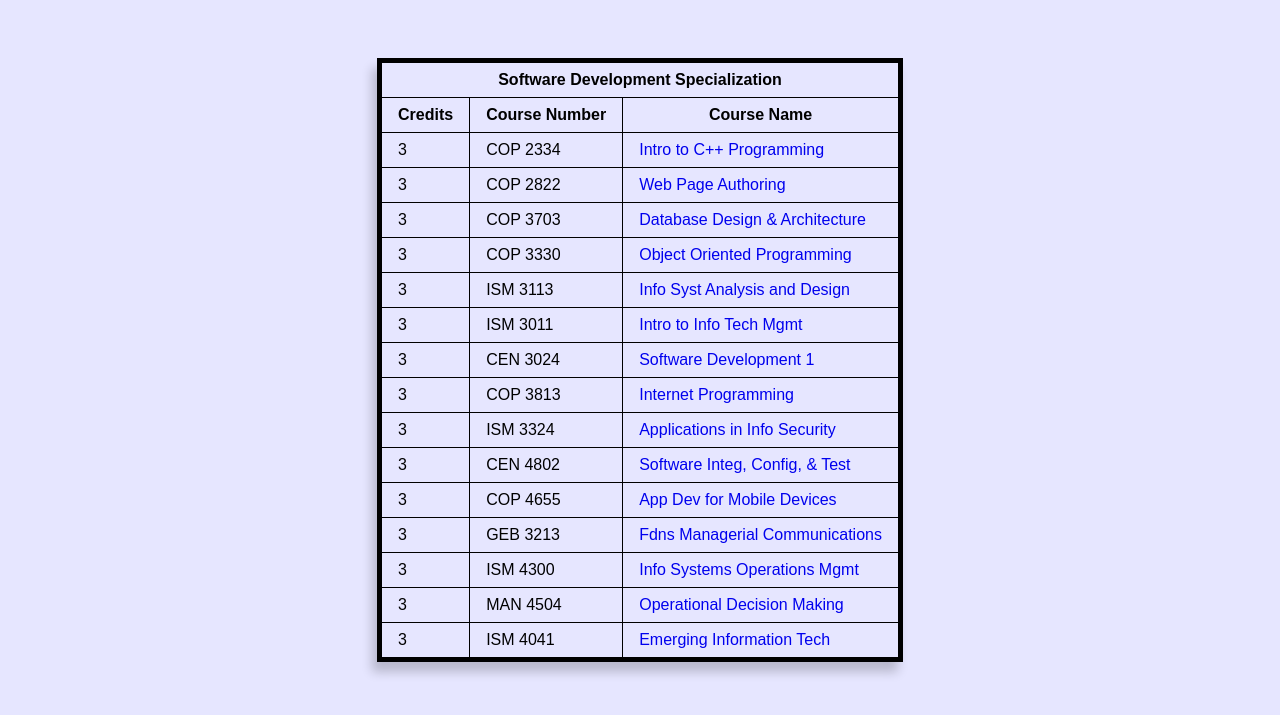
Repository: mlmEFSC21/P5-DegreeTableStyling
Page: FormattedProgramSpecialization3.html
These files come from the project's save history. The page is drawn as it stood at one moment and after the next save; the edit follows.
The browser window is 1280 px wide. The pictures show the whole page.
Some web fonts or font styles are not loaded; a fallback is used.

Above is the page before, as saved 2022-02-07 15:43:33.

### FormattedProgramSpecialization3.html
<!DOCTYPE html>
<html lang="en">
    <head>
        <meta charset="UTF-8" />
        <meta http-equiv="X-UA-Compatible" content="IE=edge" />
        <meta name="viewport" content="width=device-width, initial-scale=1.0" />
        <link rel="stylesheet" href="tableStyles.css" />
        <title>Degree Specialization Table</title>
    </head>
    <body>
        <table>
            <thead>
                <tr class="tableTitle">
                    <th colspan="3">Software Development Specialization</th>
                </tr>
                <tr class="colTitles">
                    <th>Credits</th>
                    <th>Course Number</th>
                    <th>Course Name</th>
                </tr>
            </thead>
            <tbody>
                <tr>
                    <td>3</td>
                    <td>COP 2334</td>
                    <td>
                        <a
                            href="https://bannerweb.easternflorida.edu/prod/bwckctlg.p_disp_course_detail?cat_term_in=202210&subj_code_in=COP&crse_numb_in=2334"
                            >Intro to C++ Programming</a
                        >
                    </td>
                </tr>
                <tr>
                    <td>3</td>
                    <td>COP 2822</td>
                    <td>
                        <a
                            href="https://bannerweb.easternflorida.edu/prod/bwckctlg.p_disp_course_detail?cat_term_in=202210&subj_code_in=COP&crse_numb_in=2822"
                            >Web Page Authoring</a
                        >
                    </td>
                </tr>
                <tr>
                    <td>3</td>
                    <td>COP 3703</td>
                    <td>
                        <a
                            href="https://bannerweb.easternflorida.edu/prod/bwckctlg.p_disp_course_detail?cat_term_in=202210&subj_code_in=COP&crse_numb_in=3703"
                            >Database Design & Architecture</a
                        >
                    </td>
                </tr>
                <tr>
                    <td>3</td>
                    <td>COP 3330</td>
                    <td>
                        <a
                            href="https://bannerweb.easternflorida.edu/prod/bwckctlg.p_disp_course_detail?cat_term_in=202210&subj_code_in=COP&crse_numb_in=3330"
                            >Object Oriented Programming</a
                        >
                    </td>
                </tr>
                <tr>
                    <td>3</td>
                    <td>ISM 3113</td>
                    <td>
                        <a
                            href="https://bannerweb.easternflorida.edu/prod/bwckctlg.p_disp_course_detail?cat_term_in=202210&subj_code_in=ISM&crse_numb_in=3113"
                            >Info Syst Analysis and Design</a
                        >
                    </td>
                </tr>
                <tr>
                    <td>3</td>
                    <td>ISM 3011</td>
                    <td>
                        <a
                            href="https://bannerweb.easternflorida.edu/prod/bwckctlg.p_disp_course_detail?cat_term_in=202210&subj_code_in=ISM&crse_numb_in=3011"
                            >Intro to Info Tech Mgmt</a
                        >
                    </td>
                </tr>
                <tr>
                    <td>3</td>
                    <td>CEN 3024</td>
                    <td>
                        <a
                            href="https://bannerweb.easternflorida.edu/prod/bwckctlg.p_disp_course_detail?cat_term_in=202210&subj_code_in=CEN&crse_numb_in=3024"
                            >Software Development 1</a
                        >
                    </td>
                </tr>
                <tr>
                    <td>3</td>
                    <td>COP 3813</td>
                    <td>
                        <a
                            href="https://bannerweb.easternflorida.edu/prod/bwckctlg.p_disp_course_detail?cat_term_in=202210&subj_code_in=COP&crse_numb_in=3813"
                            >Internet Programming</a
                        >
                    </td>
                </tr>
                <tr>
                    <td>3</td>
                    <td>ISM 3324</td>
                    <td>
                        <a
                            href="https://bannerweb.easternflorida.edu/prod/bwckctlg.p_disp_course_detail?cat_term_in=202210&subj_code_in=ISM&crse_numb_in=3324"
                            >Applications in Info Security</a
                        >
                    </td>
                </tr>
                <tr>
                    <td>3</td>
                    <td>CEN 4802</td>
                    <td>
                        <a
                            href="https://bannerweb.easternflorida.edu/prod/bwckctlg.p_disp_course_detail?cat_term_in=202210&subj_code_in=CEN&crse_numb_in=4802"
                            >Software Integ, Config, & Test</a
                        >
                    </td>
                </tr>
                <tr>
                    <td>3</td>
                    <td>COP 4655</td>
                    <td>
                        <a
                            href="https://bannerweb.easternflorida.edu/prod/bwckctlg.p_disp_course_detail?cat_term_in=202210&subj_code_in=COP&crse_numb_in=4655"
                            >App Dev for Mobile Devices</a
                        >
                    </td>
                </tr>
                <tr>
                    <td>3</td>
                    <td>GEB 3213</td>
                    <td>
                        <a
                            href="https://bannerweb.easternflorida.edu/prod/bwckctlg.p_disp_course_detail?cat_term_in=202210&subj_code_in=GEB&crse_numb_in=3213"
                            >Fdns Managerial Communications</a
                        >
                    </td>
                </tr>
                <tr>
                    <td>3</td>
                    <td>ISM 4300</td>
                    <td>
                        <a
                            href="https://bannerweb.easternflorida.edu/prod/bwckctlg.p_disp_course_detail?cat_term_in=202210&subj_code_in=ISM&crse_numb_in=4300"
                            >Info Systems Operations Mgmt</a
                        >
                    </td>
                </tr>
                <tr>
                    <td>3</td>
                    <td>MAN 4504</td>
                    <td>
                        <a
                            href="https://bannerweb.easternflorida.edu/prod/bwckctlg.p_disp_course_detail?cat_term_in=202210&subj_code_in=MAN&crse_numb_in=4504"
                            >Operational Decision Making</a
                        >
                    </td>
                </tr>
                <tr>
                    <td>3</td>
                    <td>ISM 4041</td>
                    <td>
                        <a
                            href="https://bannerweb.easternflorida.edu/prod/bwckctlg.p_disp_course_detail?cat_term_in=202210&subj_code_in=ISM&crse_numb_in=4041"
                            >Emerging Information Tech</a
                        >
                    </td>
                </tr>
            </tbody>
        </table>
    </body>
</html>

### tableStyles.css
@import url("https://fonts.googleapis.com/css2?family=Spectral:wght@400&display=swap");

:root {
    --clr-prime: #003c5e;
    --clr-second: #1a2028;
    --clr-accent: #8fb500;
    --clr-font-prime: #5b8ead;
    --clr-font-second: black;
    --clr-background: #e6e6ff;
}
*,
*::before,
*::after {
    margin: 0;
    padding: 0;
    box-sizing: border-box;
}
body {
    font-family: Spectral, sans-serif;
    height: 100vh;
    display: grid;
    align-items: center;
    justify-content: center;
    background-color: var(--clr-background);
}
table {
    border-collapse: collapse;
    box-shadow: -5px 10px 10px rgba(0, 0, 0, 0.2);
    border: 5px solid black;
    padding: 0.25rem;
}
/* thead {
    letter-spacing: 0.15rem;
    font-size: 0.85rem;
    font-weight: 900;
} */
thead:first-child {
    font-size: 50;
    font-weight: bold;
    text-align: center;
}
th {
    border: 1px solid black;
    padding: 0.5rem 1rem;
}
td {
    border: 1px solid black;
    padding: 0.5rem 1rem;
    font-size: 12pt;
    /* align-items: left;
    justify-content: center; */
}
a {
    text-decoration: none;
}
a:hover {
    color: var(--clr-prime);
    text-decoration: underline;
}

After the next save:
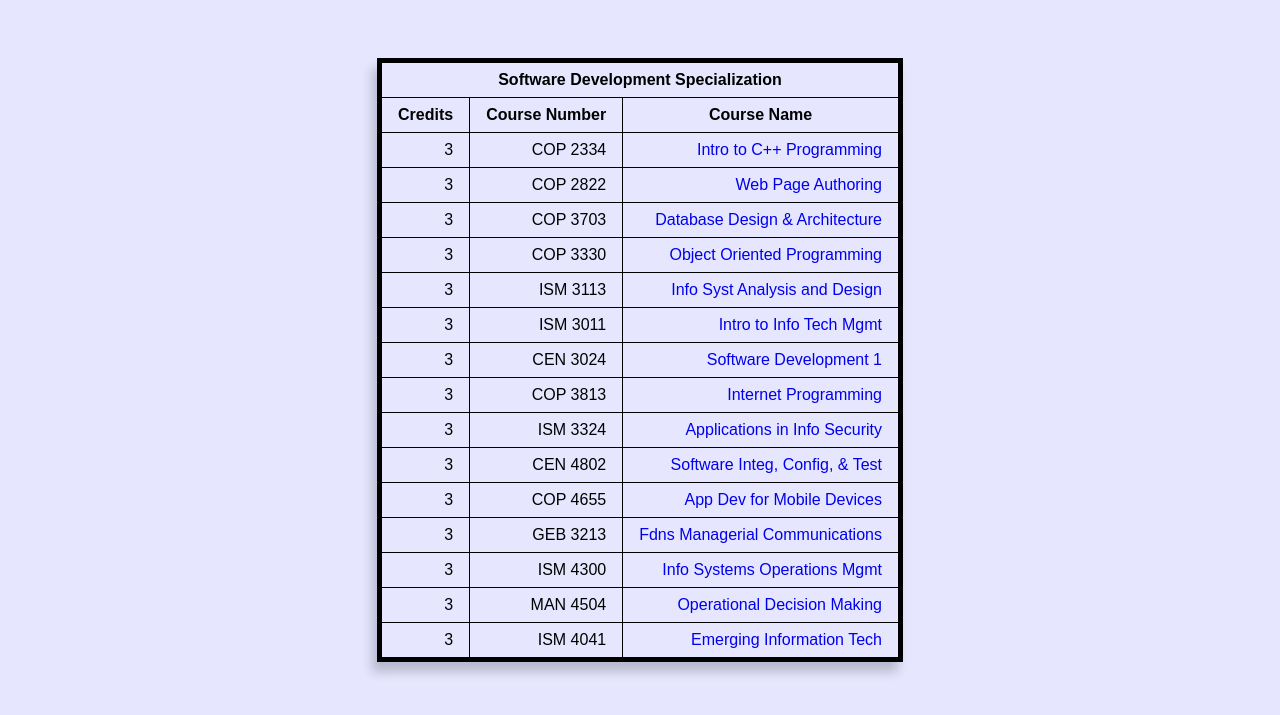
Saved 12 s later.
--- a/tableStyles.css
+++ b/tableStyles.css
@@ -47,8 +47,7 @@
     border: 1px solid black;
     padding: 0.5rem 1rem;
     font-size: 12pt;
-    /* align-items: left;
-    justify-content: center; */
+    text-align: right;
 }
 a {
     text-decoration: none;

After the save that followed:
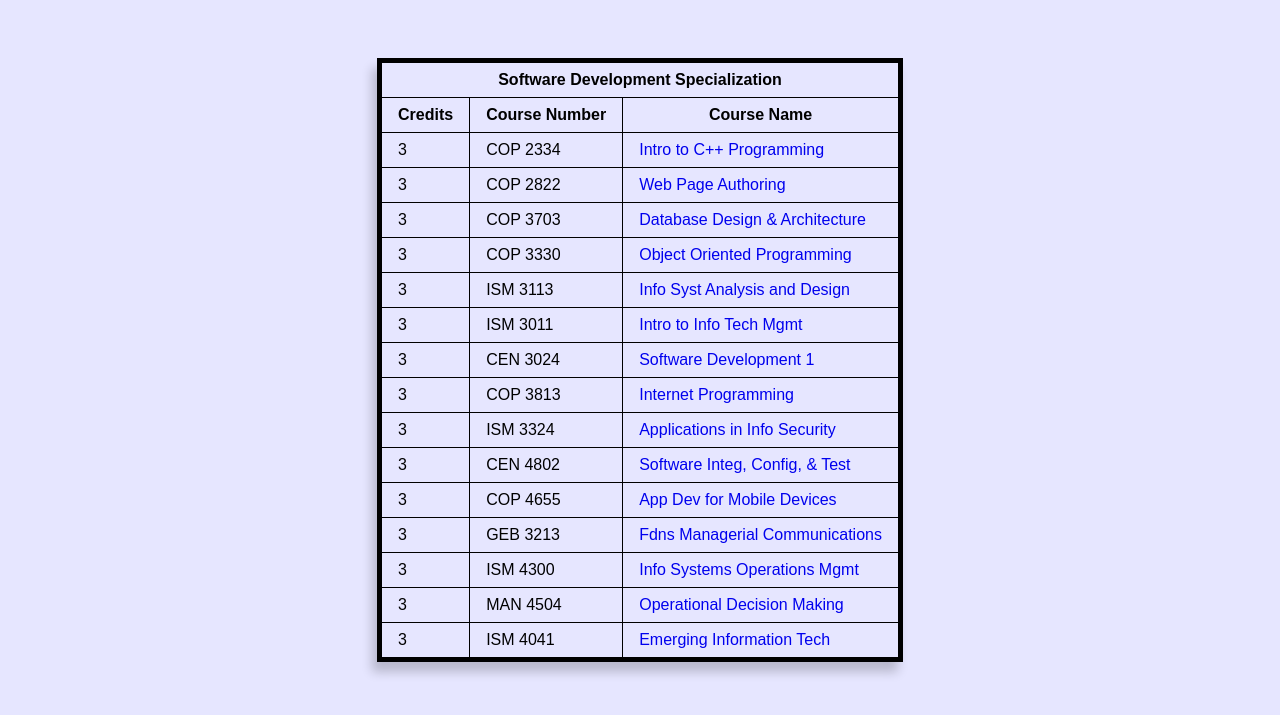
Saved 8 s later.
--- a/tableStyles.css
+++ b/tableStyles.css
@@ -47,7 +47,7 @@
     border: 1px solid black;
     padding: 0.5rem 1rem;
     font-size: 12pt;
-    text-align: right;
+    text-align: left;
 }
 a {
     text-decoration: none;
